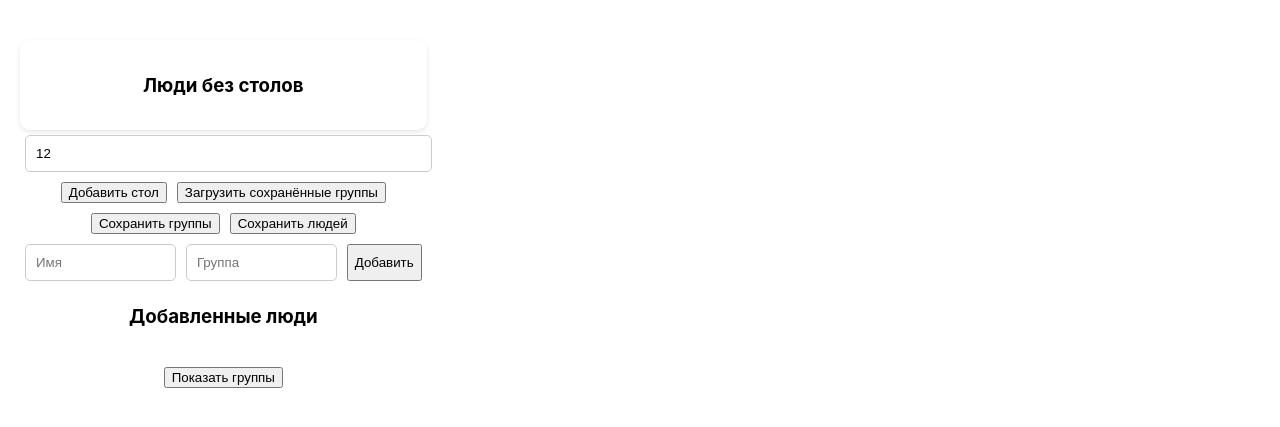
Repository: Vahan-23/Table-V2
Page: /
An editor plug-in stored every save of this project. The page is shown before and after the next save, followed by the edit.
The browser window is 1280 px wide. The pictures show the whole page.
The project was rebuilt for these pictures with package versions that can differ from the ones it lists, and the page was loaded fresh each time.

Above is the page before, as saved 2025-02-26 13:10:42.

After the next save:
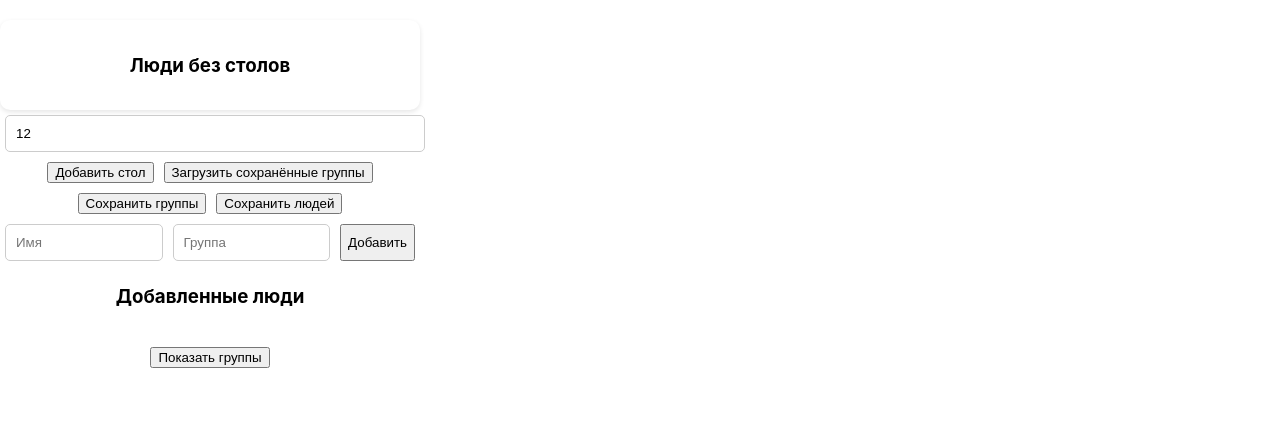
Saved 24 s later.
--- a/src/component/App.css
+++ b/src/component/App.css
@@ -1,6 +1,6 @@
 .container {
   display: flex;
-  padding: 20px;
+  height: 100vh;
 }
 
 .left-panel {
